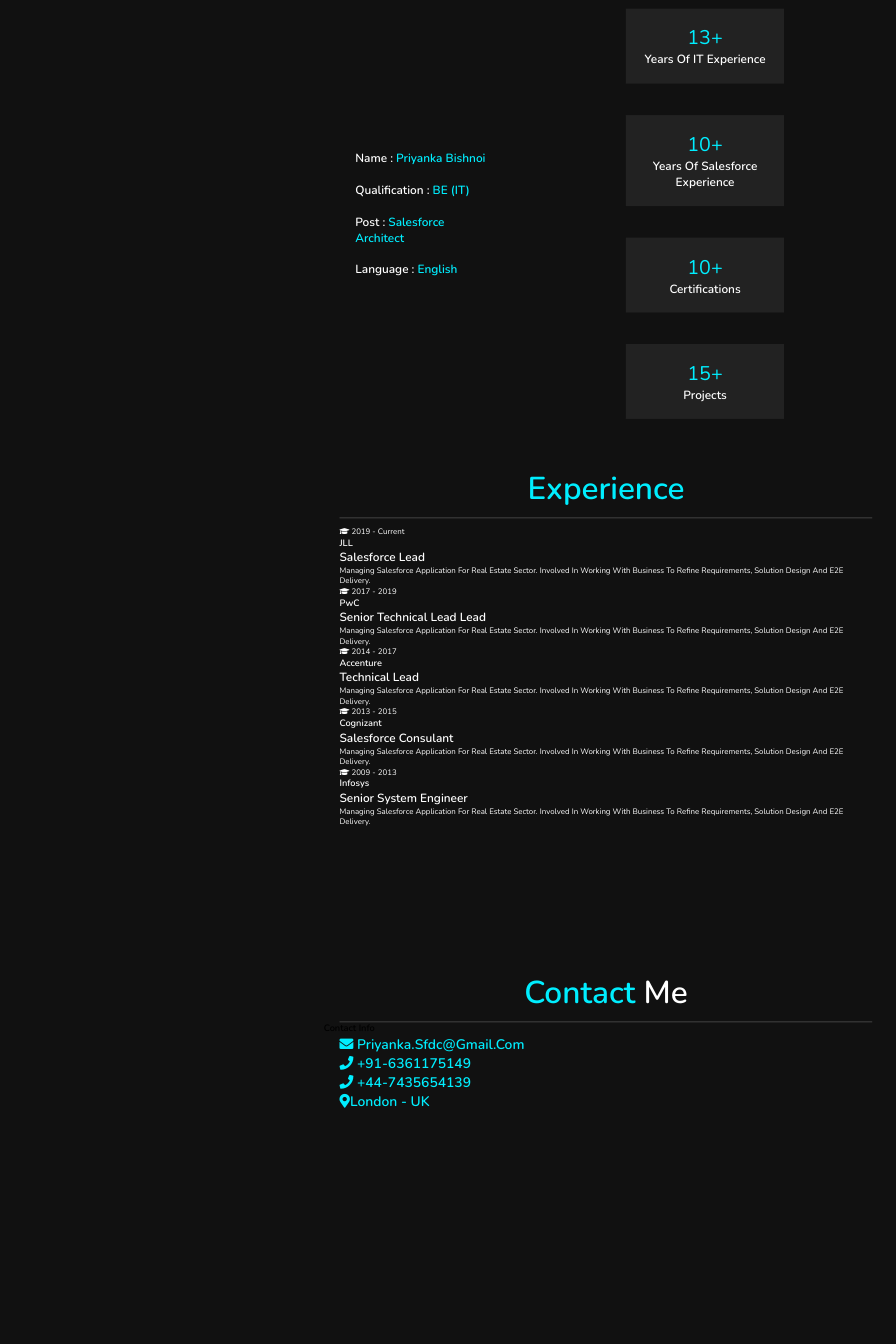
Repository: priyanka-bishnoi/PortfolioPage
Page: MyPage.html
An editor plug-in stored every save of this project. The page is shown before and after the next save, followed by the edit.
The browser window is 1280 px wide. The pictures show the part of the page from y = 839 to 2759 px (the page is 2922 px tall), at 70% of full size.

Above is the page before, as saved 2022-10-09 14:36:15.

After the next save:
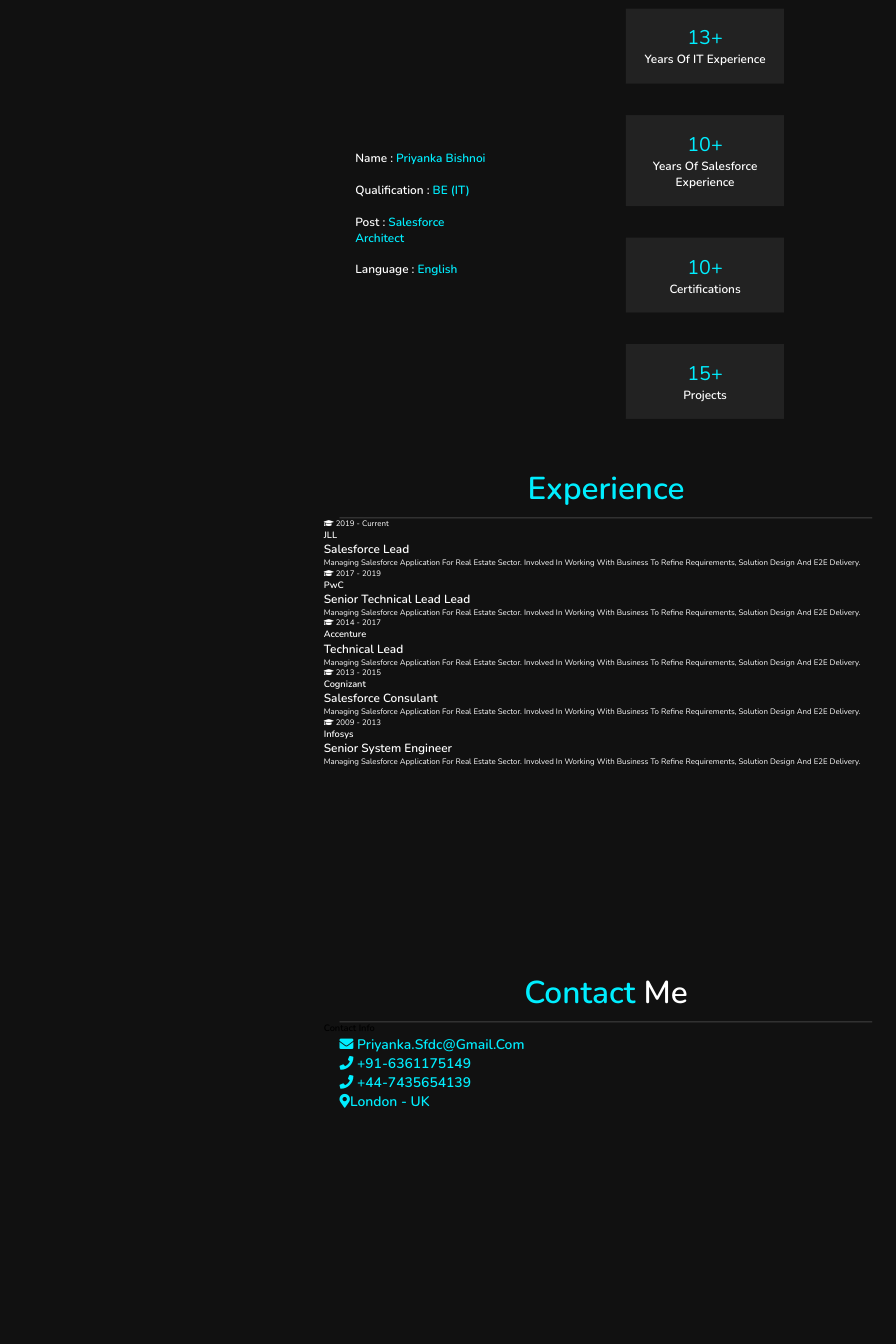
Saved 9 min 34 s later.
--- a/MyPage.html
+++ b/MyPage.html
@@ -82,8 +82,7 @@
 
         <h1 class="heading"> <span>Experience </span></h1>
 
-        <div class="row">
-            <div class="exp">
+        <div class="exp">
                 <div class="box">
                     <i class="fas fa-graduation-cap"></i>
                     <span>2019 - Current</span>
@@ -120,7 +119,7 @@
                     <p>Managing Salesforce application for Real Estate Sector. Involved in working with business to refine requirements, solution design and E2E delivery.</p>
                 </div>
 
-            </div>
+
         </div>
 
 </section>
